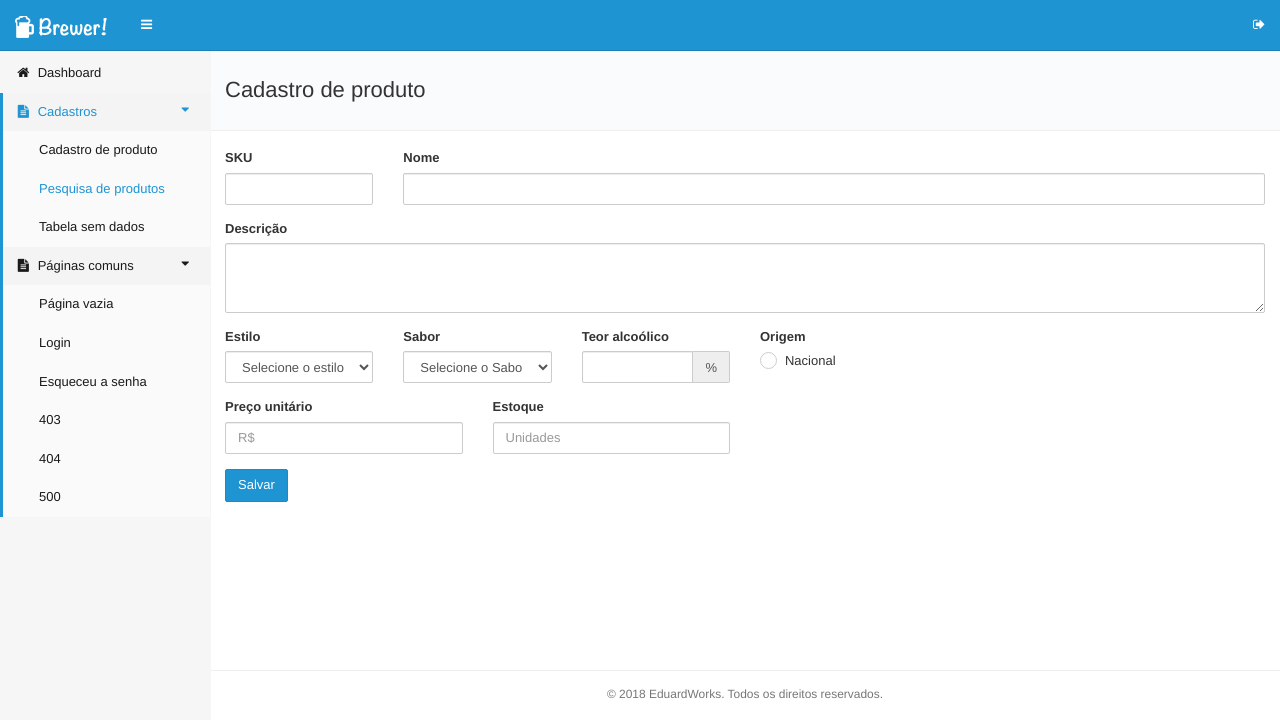
Repository: dumuller/spring-expert
Page: http://localhost/cerveja/CadastroCerveja
These files come from the project's save history. The page is drawn as it stood at one moment and after the next save; the edit follows.
The browser window is 1280 px wide. The pictures show the whole page.
The page is this project's Thymeleaf template; nobody is signed in. The template is opened directly, without the code that normally fills it, so the values that code supplies are empty.

Above is the page before, as saved 2018-12-10 16:44:37.

### brewer/src/main/resources/templates/cerveja/CadastroCerveja.html
<!DOCTYPE html>
<html lang="pt"xmlns="http://www.w3.org/1999/xhtml "
	           xmlns:th="http://www.thymeleaf.org">
<head>
	<meta charset="UTF-8"/>
	<meta http-equiv="X-UA-Compatible" content="IE=edge"/>
	<meta name="viewport" content="width=device-width, initial-scale=1"/>

	<title>Brewer</title>

	<link rel="stylesheet" type="text/css" href="/brewer/layout/stylesheets/vendors.min.css"/>
	<link rel="stylesheet" type="text/css" href="/brewer/layout/stylesheets/algaworks.min.css"/>
	<link rel="stylesheet" type="text/css" href="/brewer/layout/stylesheets/application.css"/>

	<!-- HTML5 shim and Respond.js for IE8 support of HTML5 elements and media queries -->
	<!-- WARNING: Respond.js doesn't work if you view the page via file:// -->
	<!--[if lt IE 9]>
		<script src="https://oss.maxcdn.com/html5shiv/3.7.2/html5shiv.min.js"></script>
		<script src="https://oss.maxcdn.com/respond/1.4.2/respond.min.js"></script>
	<![endif]-->
</head>
<body>

	<div class="aw-layout-page">


	<nav class="navbar  navbar-fixed-top  navbar-default  js-sticky-reference" id="main-navbar">
	  <div class="container-fluid">

	    <div class="navbar-header">
	      <a class="navbar-brand  hidden-xs" href="#">
	        <img alt="AlgaWorks" src="/brewer/images/logo.png"/>
	      </a>

	      <ul class="nav  navbar-nav">
	        <li>
	          <a href="#" class="js-sidebar-toggle"><i class="fa  fa-bars"></i></a>
	        </li>
	      </ul>
	    </div>

	    <ul class="nav navbar-nav  navbar-right">

	      <li>
	        <a href="#"><em class="fa  fa-sign-out"></em></a>
	      </li>
	    </ul>

	  </div>
	</nav>

	<aside class="aw-layout-sidebar  js-sidebar">
		<div class="aw-layout-sidebar__content">

	    	<nav class="aw-menu  js-menu">
	      		<ul class="aw-menu__list">

	        	<li class="aw-menu__item">
	         	 	<a href="dashboard.html"><i class="fa  fa-fw  fa-home"></i><span>Dashboard</span></a>
	       		</li>

	        	<li class="aw-menu__item  is-active">
	          	<a href="#">
	            	<i class="fa  fa-fw  fa-file-text"></i><span>Cadastros</span>
	            	<i class="aw-menu__navigation-icon  fa"></i>
	          	</a>

	          	<ul class="aw-menu__list  aw-menu__list--sublist">
	            	<li class="aw-menu__item  aw-menu__item--link"><a href="cadastro-produto.html">Cadastro de produto</a></li>
	            	<li class="aw-menu__item  aw-menu__item--link  is-active"><a href="pesquisa-produtos.html">Pesquisa de produtos</a></li>
	            	<li class="aw-menu__item  aw-menu__item--link"><a href="tabela-sem-dados.html">Tabela sem dados</a></li>
	          	</ul>
	        	</li>

	        	<li class="aw-menu__item  is-expanded">
	          	<a href="#">
	            	<i class="fa  fa-fw  fa-file-text"></i><span>Páginas comuns</span>
	            	<i class="aw-menu__navigation-icon  fa"></i>
	          	</a>

	          	<ul class="aw-menu__list  aw-menu__list--sublist">
	            	<li class="aw-menu__item  aw-menu__item--link"><a href="pagina-vazia.html">Página vazia</a></li>
	            	<li class="aw-menu__item  aw-menu__item--link"><a href="login.html">Login</a></li>
	            	<li class="aw-menu__item  aw-menu__item--link"><a href="esqueceu-a-senha.html">Esqueceu a senha</a></li>
	            	<li class="aw-menu__item  aw-menu__item--link"><a href="403.html">403</a></li>
	            	<li class="aw-menu__item  aw-menu__item--link"><a href="404.html">404</a></li>
	            	<li class="aw-menu__item  aw-menu__item--link"><a href="500.html">500</a></li>
	          	</ul>
	        	</li>

	      		</ul>
	    	</nav>

		</div>
	</aside>

	<section class="aw-layout-content  js-content">


		<div class="page-header">
			<div class="container-fluid">
				<h1>
					Cadastro de produto
				</h1>
			</div>
		</div>

		<div class="container-fluid">

			<!-- <div class="alert  alert-danger  alert-dismissible" role="alert">
				<button type="button" class="close" data-dismiss="alert" aria-label="Close"><span aria-hidden="true">&times;</span></button>
				<i class="fa  fa-exclamation-circle"></i> Já existe um produto com o nome informado.
			</div> -->

			<form method="POST" th:object="${cerveja}" class="form-vertical  js-form-loading">
				<div class="row">
						<div class="col-sm-2 form-group">
							<label for="sku">SKU</label>
							<input id="sku" type="text" class="form-control"/>
						</div>

						<div class="col-sm-10 form-group">
							<label for="nome">Nome</label>
							<input id="nome" type="text" class="form-control"></input>
						</div>

				</div>

				<div class="form-group">
					<label for="descricao">Descrição</label>
					<textarea id="descricao" rows="3" class="form-control"></textarea>
				</div>

				<div class="row">
						<div class="col-sm-2 form-group">
							<label for="estilo">Estilo</label>
							<select id="estilo" class="form-control">
								<option value="">Selecione o estilo</option>
								<option value="1">Pale Ale</option>
								<option value="2">Pilsen</option>
								<option value="3">Weiss</option>
								<option value="4">IPA</option>
							</select>
						</div>

						<div class="col-sm-2 form-group">
							<label for="sabor">Sabor</label>
							<select id="sabor" class="form-control">
								<option value="">Selecione o Sabor</option>
								<option value="1">Trigo</option>
								<option value="2">Frutada</option>
								<option value="3">Puro Malte</option>
							</select>
						</div>

						<div class="col-sm-2 form-group">
							<label for="teorAlcoolico">Teor alcoólico</label>
							<div class="input-group">
								<input id="teorAlcoolico" type="text" class="form-control"/>
								<div class="input-group-addon">%</div>
							</div>

						</div>

						<div class="col-sm-2 form-group">
							<label for="origem">Origem</label>
								<div>
									<div class="radio radio-inline">
									<label>Nacional</label>
									</div>
								</div>
						</div>
				</div>

				<div class="row">
					<div class="col-sm-3">
						<div class="form-group">
							<label for="input-produto-preco">Preço unitário</label>
							<input id="input-produto-preco" type="text" class="form-control" placeholder="R$"/>
						</div>
					</div>

					<div class="col-sm-3">
						<div class="form-group">
							<label for="input-produto-estoque">Estoque</label>
							<input id="input-produto-estoque" type="text" class="form-control" placeholder="Unidades"/>
						</div>
					</div>
				</div>

				<div class="form-group">
					<button class="btn  btn-primary" type="submit">Salvar</button>
				</div>

			</form>
		</div>

	</section>

	<footer class="aw-layout-footer  js-content">
		<div class="container-fluid">
			<span class="aw-footer-disclaimer">&copy; 2018 EduardWorks. Todos os direitos reservados.</span>
		</div>
	</footer>

</div>

<script src="/brewer/layout/javascripts/vendors.min.js"></script>
<script src="/brewer/layout/javascripts/algaworks.min.js"></script>

</body>
</html>

### brewer/src/main/resources/static/layout/stylesheets/application.css
.table-pesq-produto-col-preco {
  min-width: 130px;
  text-align: center;
  display: none !important;
}
@media (min-width: 992px) {
  .table-pesq-produto-col-preco {
    display: block !important;
  }
  table.table-pesq-produto-col-preco {
    display: table !important;
  }
  tr.table-pesq-produto-col-preco {
    display: table-row !important;
  }
  th.table-pesq-produto-col-preco,
  td.table-pesq-produto-col-preco {
    display: table-cell !important;
  }
}
.table-pesq-produto-col-estoque {
  min-width: 100px;
  text-align: center;
  display: none !important;
}
@media (min-width: 992px) {
  .table-pesq-produto-col-estoque {
    display: block !important;
  }
  table.table-pesq-produto-col-estoque {
    display: table !important;
  }
  tr.table-pesq-produto-col-estoque {
    display: table-row !important;
  }
  th.table-pesq-produto-col-estoque,
  td.table-pesq-produto-col-estoque {
    display: table-cell !important;
  }
}
.table-pesq-produto-col-status {
  min-width: 100px;
  text-align: center;
}
.table-pesq-produto-col-acoes {
  min-width: 105px;
  text-align: center;
}

Loaded but not shown: brewer/src/main/resources/static/layout/stylesheets/vendors.min.css (library); brewer/src/main/resources/static/layout/stylesheets/algaworks.min.css (library); brewer/src/main/resources/static/layout/javascripts/vendors.min.js (library); brewer/src/main/resources/static/layout/javascripts/algaworks.min.js (common file)

After the next save:
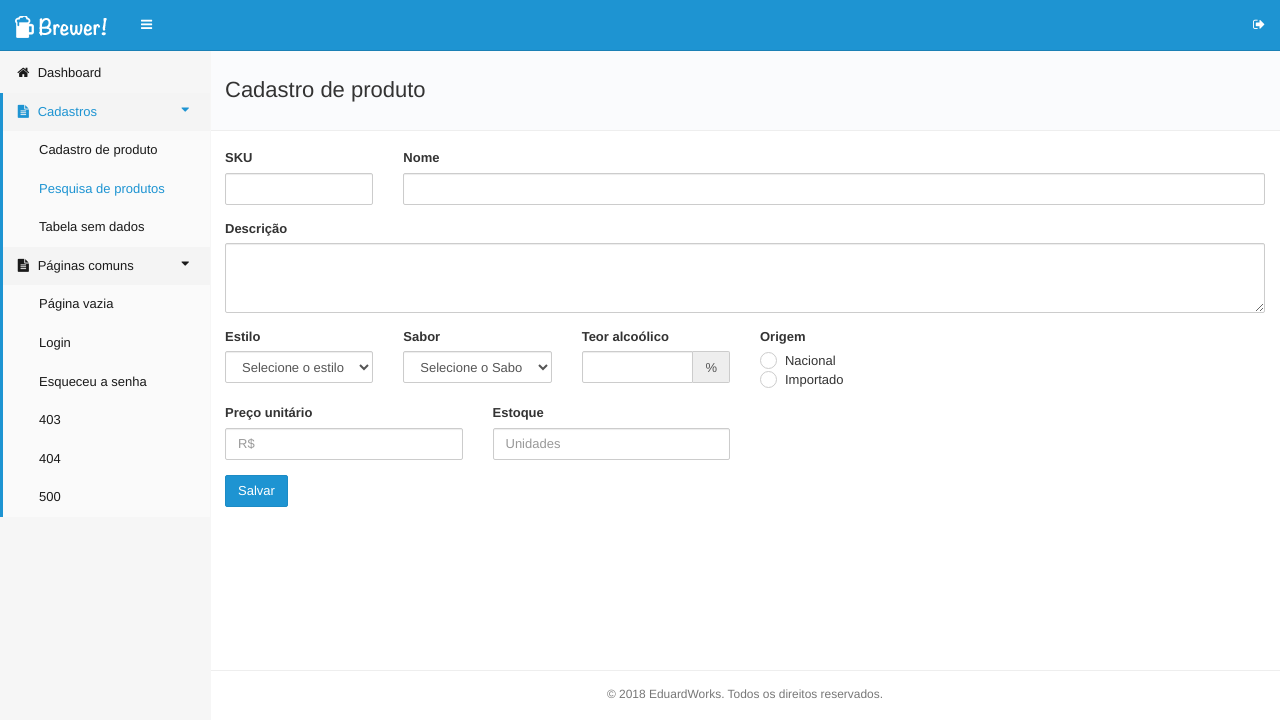
Saved 2 min 18 s later.
--- a/brewer/src/main/resources/templates/cerveja/CadastroCerveja.html
+++ b/brewer/src/main/resources/templates/cerveja/CadastroCerveja.html
@@ -166,7 +166,15 @@
 							<label for="origem">Origem</label>
 								<div>
 									<div class="radio radio-inline">
+									<input type="radio" name="origem">
 									<label>Nacional</label>
+									</div>
+								</div>
+
+								<div>
+									<div class="radio radio-inline">
+									<input type="radio" name="origem">
+									<label>Importado</label>
 									</div>
 								</div>
 						</div>
